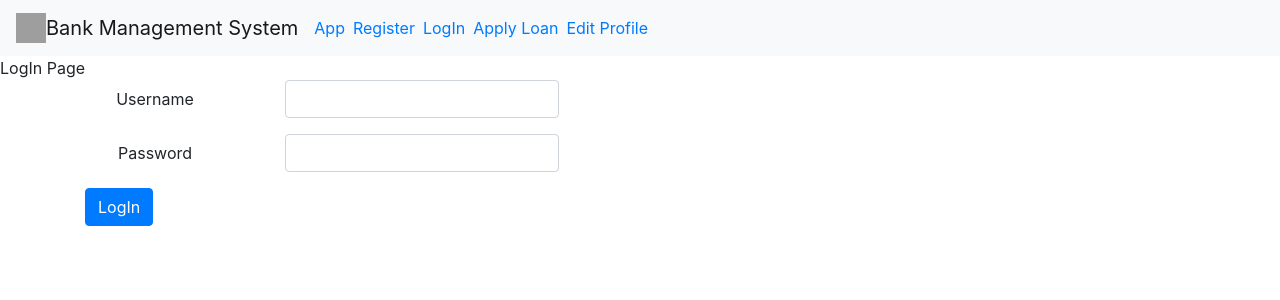
Repository: Nilkumar-Sharma/Bank-Management-System-Frontend-React
Page: /login
An editor plug-in stored every save of this project. The page is shown before and after the next save, followed by the edit.
The browser window is 1280 px wide. The pictures show the whole page.
Pictures or frames that could not be fetched are drawn as grey boxes. The project was rebuilt for these pictures with package versions that can differ from the ones it lists, and the page was loaded fresh each time. Also part of the build but not shown: src/App.css, src/Counter/Counter.js, src/App.js, src/components/Register/Register.module.scss, src/components/Register/Register.js, src/components/LogIn/LogIn.module.scss, src/components/Loan/Loan.module.scss, src/components/Loan/Loan.js and 1 more.

Above is the page before, as saved 2020-07-28 13:50:09.

### src/index.js
import React from 'react';
import ReactDOM from 'react-dom';
import './index.css';
import App from './App';
import * as serviceWorker from './serviceWorker';
import { Provider } from 'react-redux'
import { createStore } from 'redux'
import rootReducer from './store/reducer'
import { BrowserRouter, Switch,Route,Link } from 'react-router-dom';
import Register from './components/Register/Register'
import { createBrowserHistory } from 'history';
import 'bootstrap/dist/css/bootstrap.min.css';
import LogIn from './components/LogIn/LogIn';
import Loan from './components/Loan/Loan'
import UpdateProfile from './components/Profile/UpdateProfile';

const store = createStore(rootReducer);
store.subscribe(_=>console.log(store.getState()))

ReactDOM.render(
  <Provider store={store}>
    <React.StrictMode>
      <BrowserRouter>

        <nav className="navbar navbar-expand-lg navbar-light bg-light ">
          {/* header */}
          <a className="navbar-brand" href="#">
            <img src="/docs/4.0/assets/brand/bootstrap-solid.svg" width="30" height="30" className="d-inline-block align-top" alt=""></img>
              Bank Management System
  </a>

          <ul className="navbar-nav  mr-auto">
          <li className="nav-item mr-2">
            <Link to="/">App</Link>
            </li>
            <li className="nav-item mr-2">
            <Link to="/register">Register</Link>
          </li>
            <li className="nav-item mr-2">
            <Link to="/login">LogIn</Link>
            </li>
            <li className="nav-item mr-2">
              <Link to="/loan">Apply Loan</Link>
            </li>
            <li className="nav-item mr-2">
              <Link to="/edit">Edit Profile</Link>
            </li>
          </ul>
        </nav>


      {/* A <Switch> looks through its children <Route>s and
            renders the first one that matches the current URL. */}
      <Switch>
        <Route exact path="/">
          <App />
          </Route>
          <Route exact path="/register">
            <Register />
          </Route>
          <Route path="/login">
            <LogIn/>
          </Route>
          <Route path="/loan">
            <Loan></Loan>
          </Route>
          <Route path="/edit">
            <UpdateProfile></UpdateProfile>
          </Route>
      </Switch>
      </BrowserRouter>
    </React.StrictMode>

  </Provider>,
  document.getElementById('root')
);

// If you want your app to work offline and load faster, you can change
// unregister() to register() below. Note this comes with some pitfalls.
// Learn more about service workers: https://bit.ly/CRA-PWA
serviceWorker.unregister();

### src/store/reducer.js
const initialState = {
    counter: 0
};

const rootReducer = (state = initialState, action) => {
    switch (action.type){
    case "INC":
            return { counter: state.counter + 1 }
        case "DEC":
            return { counter: state.counter - 1 }
        default:
            return state
}
}
export default rootReducer;

### src/components/LogIn/LogIn.js
import React, { Component } from 'react';
import InputField from '../Shared/InputField/InputField'
import style from './LogIn.module.scss';
import MyButton from '../Shared/MyButton/MyButton'
/**
 *  As a Customer, I should be able to register my details in the system so that I can
 * login into the system Acceptance criteria: Customer should be able register the details
 * in the system and it should be saved in the database. Customer should be able to login with
 * a User Id and Password that exists in database.
 * On clicking logout the session should be invalidated and login page must be displayed Capture the
 * details like Name, Username, Password, Address, State, Country, Email Address, PAN, Contact No, DOB,
 * Account Type etc

*/
class LogIn extends Component{

    render() {
        return (<div>
            LogIn Page
            <div className="container col-offset-2 ">
                {/* <InputField Label="Name"></InputField> */}
                <InputField Label="Username"></InputField>
                <InputField Label="Password"></InputField>
                {/* <InputField Label="Address"></InputField>
                <InputField Label="State"></InputField>
                <InputField Label="Country"></InputField>
                <InputField Label="Email"></InputField>
                <InputField Label="Pan"></InputField>
                <InputField Label="Contact No."></InputField>
                <InputField Label="Dob"></InputField>
                <InputField Label="Account Type"></InputField> */}

                <MyButton label="LogIn"></MyButton>









                </div>
            </div>)
        }
}
export default LogIn;

### src/components/Shared/InputField/InputField.js
import React, { Component } from 'react';
import './InputField.css'
class InputField extends Component {
    static defaultProps = {
        type: "text",
        changes:(e)=>console.log(e.target),
        Label: "Label",
        classes: "",
        value: "",
        id: "setId",
        name: "name",
        PlaceHolder: "PlaceHolder Here",
    }
    constructor(props) {
        super(props);
        this.state = {
            value: ""
        }
        // this.props.PlaceHolder = this.props.Label;

    }
    handleChange(event) {
        this.setState({ value: event.target.value });
        this.props.changes(event);
    }
    render() {
        return (
            // <div className="container">
            // <div className="row">
                <div class="form-group form-inline" >
                <div className="col-2">
                    <label htmlFor={this.props.id}>{this.props.Label}</label>

                </div>
                <div className="col-2">
                        <input className="form-control" name={this.props.name} id={this.props.id} type={this.props.type} onChange={
                        // (this.props.changes) || ((e)=>{this.setState({value:e.target.value})})
                        (event) =>
                            this.handleChange(event)
                    } placeholder={this.props.placeHolder} value={this.state.value}></input>

                    </div>
                    </div>
                    // </div>
            // </div>
        )
    }
}
export default InputField;

### src/components/Shared/MyButton/MyButton.js
/**
 * @props label: name of the button || default is "Label"
 * @props classes: Class Name
 * @props onClick: a function || Default is console.log("clicked")
 *
 */
import React,{Component } from 'react';

class MyButton extends Component {
    static defaultProps = {
        clicked:() => console.log("clicked "),
        label:"Button Label",
        value: "",
        classes: "btn btn-primary"
    }
    constructor(props) {
        super(props);
        console.log(this.props)

    }
    render() {
        return <button className={this.props.classes} onClick={this.props.clicked} value={this.props.value} >{this.props.label}</button>
    }

}

export default MyButton;

### src/components/Shared/InputField/InputField.css
label{
    width: 10px;
    margin-left: 50px;
}
/*  */

Loaded but not shown: public/index.html (common file); src/index.css (common file); src/serviceWorker.js (common file)

After the next save:
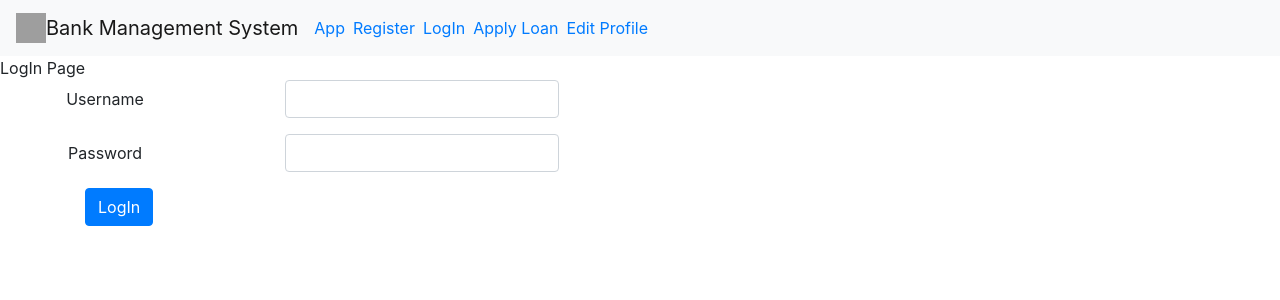
Saved 10 s later.
--- a/src/components/Shared/InputField/InputField.css
+++ b/src/components/Shared/InputField/InputField.css
@@ -1,5 +1,5 @@
 label{
     width: 10px;
-    margin-left: 50px;
+    /* margin-left: 50px; */
 }
 /*  */
